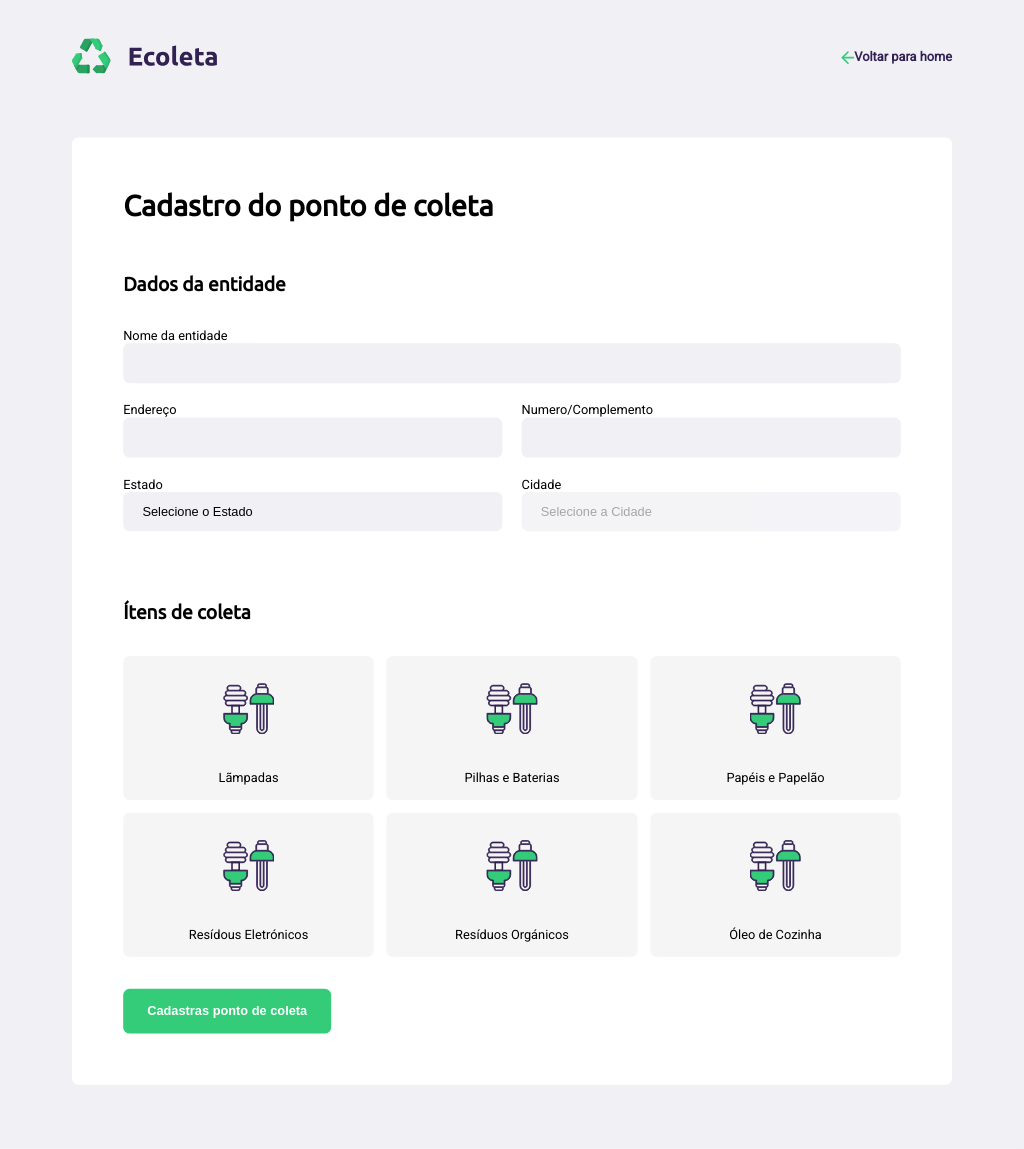
Repository: ivobass/NextLevelWeek
Page: create-point.html
The author's editor kept a copy of each file at every save. The page is drawn from the files as they stood at one save, then again after the next save.
The browser window is 1280 px wide. The pictures show the whole page, at 80% of full size.
The page's requests for data from a server got no answer.

Above is the page before, as saved 2020-06-03 21:15:54.

After the next save:
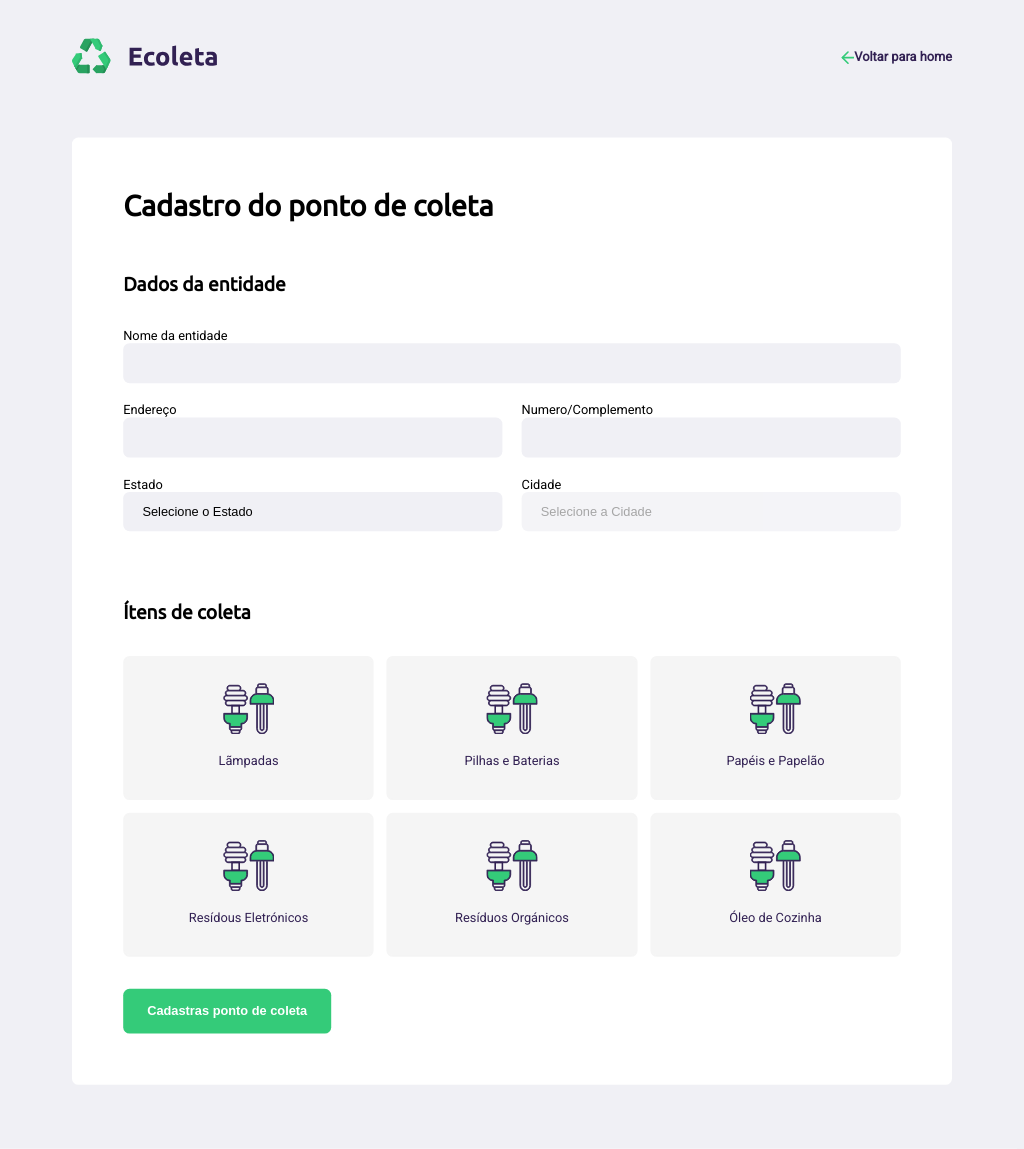
Saved 118 s later.
--- a/styles/create-point.css
+++ b/styles/create-point.css
@@ -130,3 +130,10 @@ form button:hover {
     text-align: center;
     cursor: pointer;
 }
+
+.items-grid li span {
+    flex: 1;
+    display: flex;
+    align-items: center;
+    color: var(--title-color);
+}
